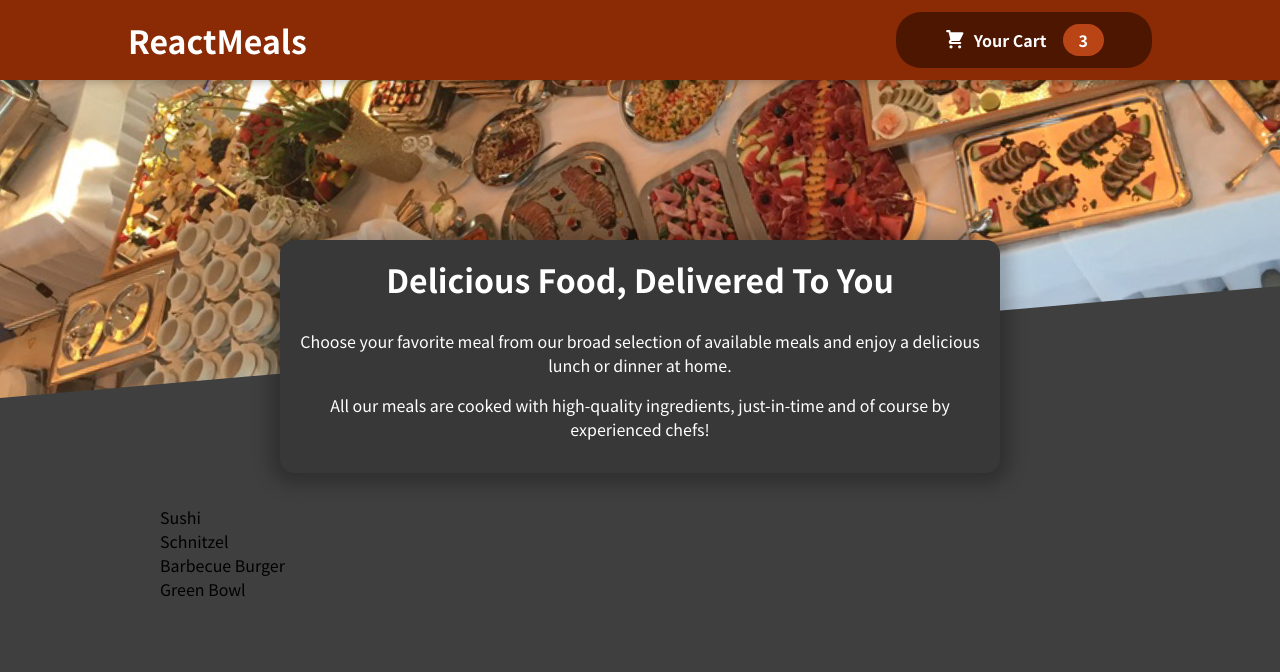
Repository: m-ahmadshaikh/React-Food-Ordering-App
Page: /
The author's editor kept a copy of each file at every save. The page is drawn from the files as they stood at one save, then again after the next save.
The browser window is 1280 px wide. The pictures show the whole page.
The project was rebuilt for these pictures with package versions that can differ from the ones it lists, and the page was loaded fresh each time.

Above is the page before, as saved 2022-09-08 16:41:22.

### src/App.js
import { Fragment } from 'react';
import Header from './components/Layout/Header';
import Meals from './components/Meals/Meals';

function App() {
  return (
    <Fragment>
      <Header />
      <Meals />
    </Fragment>
  );
}

export default App;

### src/components/Layout/Header.js
import React from 'react';
import styles from './Header.module.css';
import mealsImage from '../../assets/meals.jpeg';
import HeaderCartButton from './HeaderCartButton';
export default function Header() {
  return (
    <React.Fragment>
      <header className={styles.header}>
        <h1>ReactMeals</h1>
        <HeaderCartButton />
      </header>
      <div className={styles['main-image']}>
        <img src={mealsImage} alt="A table full of delicious foods." />
      </div>
    </React.Fragment>
  );
}

### src/components/Meals/Meals.js
import React, { Fragment } from 'react';
import AvailableMeals from './AvailableMeals';
import MealsSummary from './MealsSummary';

export default function Meals() {
  return (
    <Fragment>
      <MealsSummary />
      <AvailableMeals />
    </Fragment>
  );
}

### src/components/Layout/HeaderCartButton.js
import React from 'react';
import CartIcon from '../Cart/CartIcon';
import classes from './HeaderCartButton.module.css';
export default function HeaderCartButton() {
  return (
    <button className={classes.button}>
      <span className={classes.icon}>
        <CartIcon />
      </span>
      <span>Your Cart</span>
      <span className={classes.badge}>3</span>
    </button>
  );
}

### src/components/Meals/AvailableMeals.js
import React from 'react';
import classes from './AvailableMeals.module.css';
const DUMMY_MEALS = [
  {
    id: 'm1',
    name: 'Sushi',
    description: 'Finest fish and veggies',
    price: 22.99,
  },
  {
    id: 'm2',
    name: 'Schnitzel',
    description: 'A german specialty!',
    price: 16.5,
  },
  {
    id: 'm3',
    name: 'Barbecue Burger',
    description: 'American, raw, meaty',
    price: 12.99,
  },
  {
    id: 'm4',
    name: 'Green Bowl',
    description: 'Healthy...and green...',
    price: 18.99,
  },
];
export default function AvailableMeals() {
  const mealsList = DUMMY_MEALS.map((meal) => <li>{meal.name}</li>);
  return (
    <section className={classes.meals}>
      <ul>{mealsList}</ul>
    </section>
  );
}

### src/components/Cart/CartIcon.js
import React from 'react';

export default function CartIcon() {
  return (
    <svg
      xmlns="http://www.w3.org/2000/svg"
      viewBox="0 0 20 20"
      fill="currentColor">
      <path d="M3 1a1 1 0 000 2h1.22l.305 1.222a.997.997 0 00.01.042l1.358 5.43-.893.892C3.74 11.846 4.632 14 6.414 14H15a1 1 0 000-2H6.414l1-1H14a1 1 0 00.894-.553l3-6A1 1 0 0017 3H6.28l-.31-1.243A1 1 0 005 1H3zM16 16.5a1.5 1.5 0 11-3 0 1.5 1.5 0 013 0zM6.5 18a1.5 1.5 0 100-3 1.5 1.5 0 000 3z" />
    </svg>
  );
}

### src/components/Layout/HeaderCartButton.module.css
.button {
    cursor: pointer;
    font: inherit;
    border: none;
    background-color: #4d1601;
    color: white;
    padding: 0.75rem 3rem;
    display: flex;
    justify-content: space-around;
    align-items: center;
    border-radius: 25px;
    font-weight: bold;
}

.button:hover,
.button:active {
    background-color: #2c0d00;
}

.icon {
    width: 1.35rem;
    height: 1.35rem;
    margin-right: 0.5rem;
}

.badge {
    background-color: #b94517;
    padding: 0.25rem 1rem;
    border-radius: 25px;
    margin-left: 1rem;
    font-weight: bold;
}

.button:hover .badge,
.button:active .badge {
    background-color: #92320c;
}

.bump {
    animation: bump 300ms ease-out;
}

@keyframes bump {
    0% {
        transform: scale(1);
    }

    10% {
        transform: scale(0.9);
    }

    30% {
        transform: scale(1.1);
    }

    50% {
        transform: scale(1.15);
    }

    100% {
        transform: scale(1);
    }
}

### src/components/UI/Card.js
import React from 'react';
import styles from './Card.module.css';
export default function Card(props) {
  const classNames = `${styles.card} ${props.className}`;
  return <div className={classNames}>{props.children}</div>;
}

Loaded but not shown: public/index.html (common file); src/index.js (common file); src/index.css (common file); src/components/Layout/Header.module.css (common file); src/components/Meals/MealsSummary.js (common file); src/components/Meals/AvailableMeals.module.css (common file); src/components/Meals/MealsSummary.module.css (common file); src/components/UI/Card.module.css (common file)

After the next save:
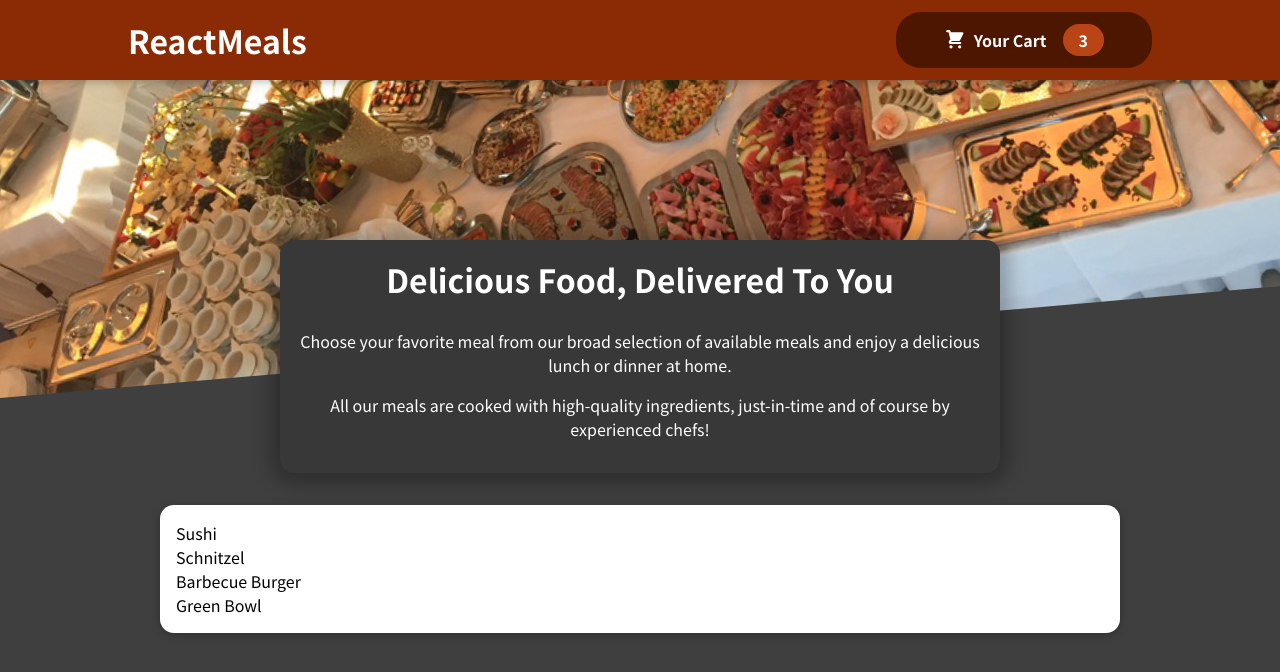
Saved 80 s later.
--- a/src/components/Meals/AvailableMeals.js
+++ b/src/components/Meals/AvailableMeals.js
@@ -1,4 +1,5 @@
 import React from 'react';
+import Card from '../UI/Card';
 import classes from './AvailableMeals.module.css';
 const DUMMY_MEALS = [
   {
@@ -30,7 +31,9 @@ export default function AvailableMeals() {
   const mealsList = DUMMY_MEALS.map((meal) => <li>{meal.name}</li>);
   return (
     <section className={classes.meals}>
-      <ul>{mealsList}</ul>
+      <Card>
+        <ul>{mealsList}</ul>
+      </Card>
     </section>
   );
 }
